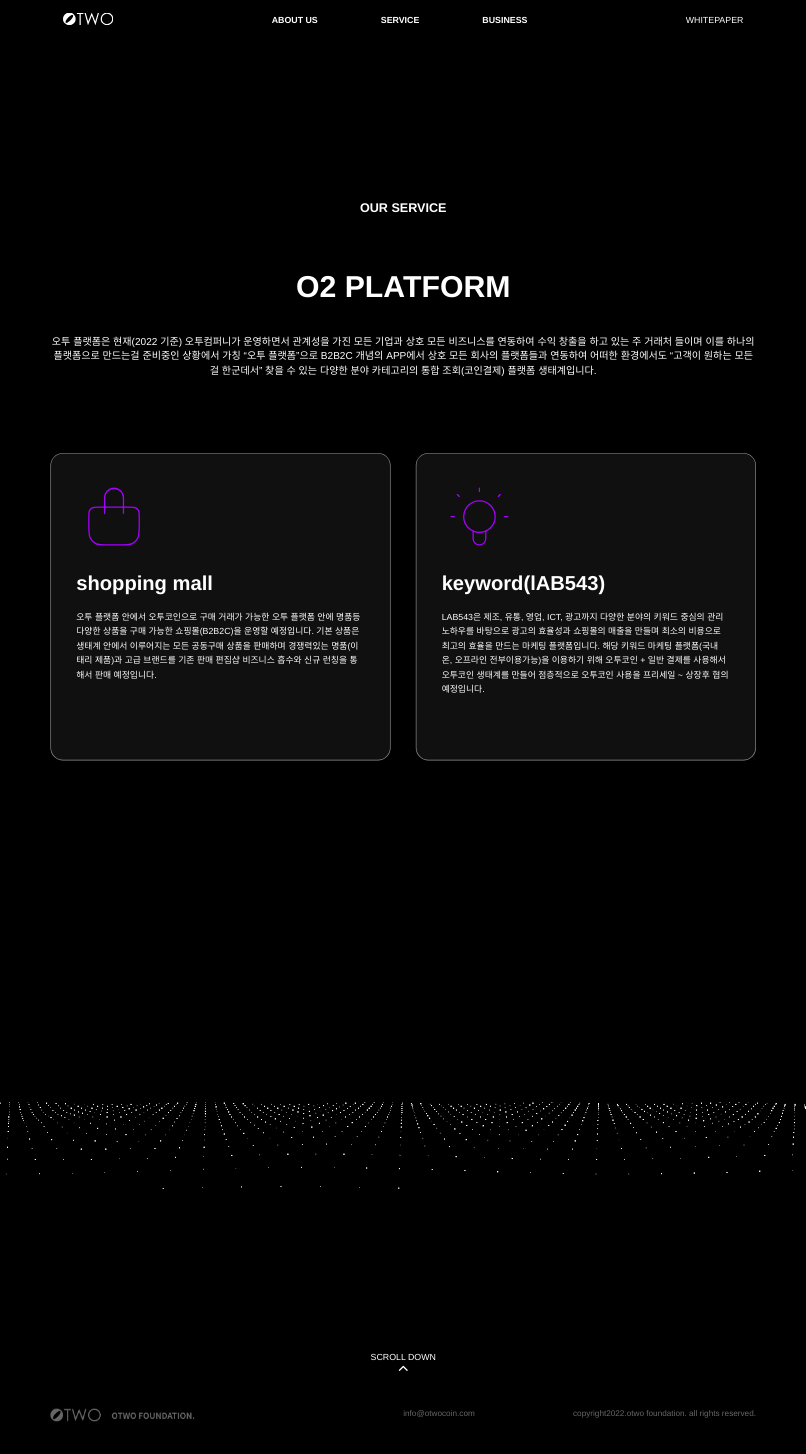
Repository: songhun115/Otwo
Page: service.html
The author's editor kept a copy of each file at every save. The page is drawn from the files as they stood at one save, then again after the next save.
The browser window is 1280 px wide. The pictures show the whole page, at 63% of full size.

Above is the page before, as saved 2022-11-18 11:37:58.
Not found: js/three.js

### service.html
<!DOCTYPE html>
<html lang="en">

<head>
    <meta charset="UTF-8">
    <meta http-equiv="X-UA-Compatible" content="IE=edge">
    <meta name="viewport" content="width=device-width, initial-scale=1.0">
    <link rel="stylesheet" href="css/reset.css">
    <link rel="stylesheet" href="css/content.css">
    <link rel="preconnect" href="https://fonts.googleapis.com">
    <link rel="preconnect" href="https://fonts.gstatic.com" crossorigin>
    <link href="https://fonts.googleapis.com/css2?family=Noto+Sans+KR:wght@300;400;500;700;900&display=swap"
        rel="stylesheet">
    <link rel="stylesheet" href="https://cdn.jsdelivr.net/npm/swiper/swiper-bundle.min.css" />
    <script src="https://cdnjs.cloudflare.com/ajax/libs/jquery/3.6.1/jquery.min.js"
        integrity="sha512-aVKKRRi/Q/YV+4mjoKBsE4x3H+BkegoM/em46NNlCqNTmUYADjBbeNefNxYV7giUp0VxICtqdrbqU7iVaeZNXA=="
        crossorigin="anonymous" referrerpolicy="no-referrer"></script>
    <script src="js/index.js"></script>
    <script src="js/three.js"></script>
    <script src="js/three.min.js"></script>
    <title>about</title>
</head>

<body>
    <div class="contaeiner">
        <header class="header">
            <nav class="nav-bar">
                <div class="logo">
                    <img src="img/logo-white.svg" alt="">
                </div>
                <ul class="nav-list">
                    <li class="nav-item">ABOUT US</li>
                    <li class="nav-item">SERVICE</li>
                    <li class="nav-item">BUSINESS</li>
                </ul>
                <div class="white-paper">
                    WHITEPAPER
                </div>
            </nav>
        </header>
        <section class="section overview">
            <h3>OUR SERVICE</h3>
            <h1>O2 PLATFORM</h1>
            <p>오투 플랫폼은 현재(2022 기준) 오투컴퍼니가 운영하면서 관계성을 가진 모든 기업과 상호 모든 비즈니스를 연동하여 수익 창출을 하고 있는
                주 거래처 들이며 이를 하나의 플랫폼으로 만드는걸 준비중인 상황에서 가칭 “오투 플랫폼”으로 B2B2C 개념의 APP에서 상호 모든 회사의 플랫폼들과 연동하여 어떠한 환경에서도 “고객이 원하는 모든걸 한군데서” 찾을 수 있는 다양한 분야 카테고리의 통합 조회(코인결제) 플랫폼 생태계입니다.</p>

        </section>
     <section class="service-platform-list">
        <ul class="platform-list">
            <li class="platform-item">
                <div class="platform-img">
                    <img src="img/shoping.svg" alt="">
                </div>
                <div class="platform-category">shopping mall</div>
                <div class="platform-con">오투 플랫폼 안에서 오투코인으로 구매 거래가 가능한 오투 플랫폼 안에 명품등 다양한 상품을 구매 가능한 쇼핑몰(B2B2C)을 운영할 예정입니다.
                    기본 상품은 생태계 안에서 이루어지는 모든 공동구매 상품을 판매하며 경쟁력있는 명품(이태리 제품)과 고급 브랜드를 기존 판매 편집샵 비즈니스 흡수와 신규 런칭을 통해서 판매 예정입니다. </div>
            </li>
            <li class="platform-item">
                <div class="platform-img">
                    <img src="img/keywrod.svg" alt="">
                </div>
                <div class="platform-category">keyword(lAB543)</div>
                <div class="platform-con">LAB543은 제조, 유통, 영업, ICT, 광고까지 다양한 분야의 키워드 중심의 관리 노하우를 바탕으로 광고의 효율성과 쇼핑몰의 매출을 만들며 최소의 비용으로 최고의 효율을 만드는 마케팅 플랫폼입니다.
                    해당 키워드 마케팅 플랫폼(국내 온, 오프라인 전부이용가능)을 이용하기 위해 오투코인 + 일반 결제를 사용해서 오투코인 생태계를 만들어 점층적으로 오투코인 사용을 프리세일 ~ 상장후 협의 예정입니다. </div>
            </li>
        </ul>
     </section>

    </div>


    <div class="contaeiner-two">


        </div>
        <div id="canvas">
            <div class="scroll-up ">
                <p>SCROLL DOWN</p>
                <img src="img/chevron-up.svg" alt="">
            </div>

        </div>
        <script>
            window.addEventListener("DOMContentLoaded", () => {
            const w = window.innerWidth;
            const h = window.innerHeight / 2;
            const dpr = window.devicePixelRatio;

            const fov = 60;
            const fovRad = (fov / 2) * (Math.PI / 180);
            const dist = h / 2 / Math.tan(fovRad);

            const clock = new THREE.Clock();
            const particles = 5000;
            const pointSize = 2.5;

            const renderer = new THREE.WebGLRenderer();
            renderer.setSize(w, h);
            renderer.setClearColor(new THREE.Color(0x000000), 1.0);
            renderer.setPixelRatio(dpr);

            const container = document.getElementById("canvas");
            container.appendChild(renderer.domElement);

            const camera = new THREE.PerspectiveCamera(fov, w / h, 1, dist * 2);
            camera.position.x = 0;
            camera.position.y = 0;
            camera.position.z = 10;

            const scene = new THREE.Scene();

            const geo = new THREE.BufferGeometry();
            let positions = [];
            let x, y, z;

            const width = 400 * (w / h);

            const depth = 400;
            const distance = 10;

            for (let x = 0; x < width; x += distance) {
              for (let z = 0; z < depth; z += distance) {
                positions.push(-width / 2 + x, -30, -depth / 2 + z);
              }
            }
            let positionAttribute = new THREE.Float32BufferAttribute(positions, 3);
            geo.addAttribute("position", positionAttribute);

            const mat = new THREE.ShaderMaterial({
              uniforms: {
                u_time: {
                  value: 0.0
                }
              },
              vertexShader: `
              #define M_PI 3.1415926535897932384626433832795

              precision mediump float;
              uniform float u_time;
              void main() {
                vec3 p = position;
                p.y += (
                  cos(p.x / M_PI * 8.0 + u_time * 2.0) +
                  sin(p.z / M_PI * 8.0 + u_time * 2.0)
                );
                gl_PointSize = 1.5;
                gl_Position = projectionMatrix * modelViewMatrix * vec4(p, 1.0);
              }
              `,
              fragmentShader: `
              precision mediump float;
              void main() {
                gl_FragColor = vec4(1.0, 1.0, 1.0, 1.0);
              }
              `
            });

            const mesh = new THREE.Points(geo, mat);
            scene.add(mesh);

            render();

            function render() {
              const time = clock.getElapsedTime();
              mesh.material.uniforms.u_time.value = time;
              renderer.render(scene, camera);
              requestAnimationFrame(render);
            }
          });
          </script>
          <footer class="footer">
            <div class="footer-left">
                <img src="img/footer-left.png" alt="">
            </div>
            <div class="footer-right">
                <p>info@otwocoin.com</p>
                <p>copyright2022.otwo foundation. all rights reserved.</p>
            </div>
        </footer>
</body>

</html>

### css/reset.css
html, body, div, span, applet, object, iframe,
h1, h2, h3, h4, h5, h6, p, blockquote, pre,
a, abbr, acronym, address, big, cite, code,
del, dfn, em, img, ins, kbd, q, s, samp,
small, strike, strong, sub, sup, tt, var,
b, u, i, center,
dl, dt, dd, ol, ul, li,
fieldset, form, label, legend,
table, caption, tbody, tfoot, thead, tr, th, td,
article, aside, canvas, details, embed,
figure, figcaption, footer, header, hgroup,
menu, nav, output, ruby, section, summary,
time, mark, audio, video {
	margin: 0;
	padding: 0;
	border: 0;
	font-size: 100%;
	font: inherit;
	vertical-align: baseline;

}
/* HTML5 display-role reset for older browsers */
article, aside, details, figcaption, figure,
footer, header, hgroup, menu, nav, section {
	display: block;
}
body {
	line-height: 1;
  overflow-x: hidden;
  overflow-y: scroll;
}
ol, ul {
	list-style: none;
}
blockquote, q {
	quotes: none;
}
blockquote:before, blockquote:after,
q:before, q:after {
	content: '';
	content: none;
}
table {
	border-collapse: collapse;
	border-spacing: 0;
}
a,span{display: inline-block;}
body{font-family: 'Noto Sans KR', sans-serif; color: #fff;}
section h1 {font-size: 48px; line-height: 70px; color:#fff; font-weight: 700;}
section p {line-height: 23px; font-weight: 400; font-size: 16px;}
h2{font-size: 32px; font-weight: 700; line-height: 46px;}


html,
body {
  position: relative;
  height: 100%;
}

body {
  background: #eee;
  font-family: Helvetica Neue, Helvetica, Arial, sans-serif;
  font-size: 14px;
  color: #000;
  margin: 0;
  padding: 0;
}

.swiper {
  width: 100%;
  height: 100%;
}

.swiper-slide {
  text-align: center;
  font-size: 18px;


  /* Center slide text vertically */
  display: -webkit-box;
  display: -ms-flexbox;
  display: -webkit-flex;
  display: flex;
  -webkit-box-pack: center;
  -ms-flex-pack: center;
  -webkit-justify-content: center;
  justify-content: center;
  -webkit-box-align: center;
  -ms-flex-align: center;
  -webkit-align-items: center;
  align-items: center;
}

.swiper-slide img {
  display: block;
  width: 100%;
  height: 100%;
  object-fit: cover;
}
.service-swiper{ overflow: inherit !important; max-width: 1120px !important;}

### css/content.css
.intro{height: 100vh;}
canvas{    position: absolute; left: 0; top: 0; z-index: -1;}
.contaeiner{max-width: 1120px; margin: 0 auto;}
.contaeiner-two{max-width: 1120px; margin: 0 auto;}
body{background-color: #000; color: #fff;}
/*! 헤더  */
.header{position: absolute; left: 50%; top: 0; transform: translateX(-50%); width: 100%; max-width: 1120px; margin: 0 auto;  z-index: 11;}
.nav-bar{display: flex; justify-content: space-between; align-items: center; padding: 20px;}
.nav-list{display: flex; align-items: center;}
.nav-item{padding:0 50px; font-weight: 700;font-size: 14px;line-height: 20px; cursor: pointer;}
/*!메인페이지   */
.intro{position: relative;}
.intro-box{display: flex; flex-direction: column; align-items: center; justify-content: center; text-align: center; width: 100%;height: 100%;}
.pur-button{border: 1px solid #A600FF;border-radius: 50px; display: flex;flex-direction: row;justify-content: center;align-items: center;gap: 10px; transition: 0.3s; width: 216px;height: 45px; cursor: pointer;}
.pur-button:hover{background-color: #A600FF; }
.pur-button:hover > button{color:#D9D9D9;}
.intro-box > p{padding: 40px 0 80px 0;}
.pur-button button{border: none;outline: none; color:#A600FF; background-color: transparent; font-weight: 700; font-size: 17px; line-height: 25px;}
.scroll-down{position: absolute; bottom: 50px; left: 50%; transform: translateX(-50%);}
.scroll-down > p {font-weight: 300; padding-bottom:7px; color: #fff; color: pu;}


/*! 메인 service */
.service{padding-top: 320px;}
.service-content{display: flex; justify-content: space-between; align-items: center;}
.service-left.service-right{width: 50%;}
.service-left > p,.business-box-left p{padding-top: 40px; font-size: 16px;}
.service-category-box{display: flex; flex-direction: column; justify-content: start; align-items: flex-start; text-align: left; padding-right: 40px; box-sizing: border-box;}
.service-category-box > h4 {font-size: 20px; line-height: 29px; font-weight: 400; margin:40px 0 20px 0;}
.service-category-box > p {font-size: 16px;}

.service-swiper{padding:120px 0 100px 0!important; box-sizing: border-box !important;}
.swiper-button-prev,
.swiper-button-next{top: 90% !important;  }
.swiper-button-prev{left:0 !important;}
.swiper-button-next{left: 64px !important;}
.swiper-button-next:after, .swiper-button-prev:after{content: "" !important;font-family: none !important;width: 20px !important;height: 20px !important;}
.swiper-button-next:after{background-image: url("../img/chevron-right.svg") !important;}
.swiper-button-prev:after{background-image: url("../img/chevron-left.svg") !important;}


  /*!메인 Business */
  .business{padding-top: 370px;}
  .business-box{display: flex; justify-content: space-between; align-items: center;}
  .business-box-left .pur-button{margin-top: 80px;}
  .business-box-left{width: 58%;}
  business-box-right{width: 42%;}
  .scroll-up{position: absolute;bottom: 0;left: 50%;transform: translateX(-50%);text-align: center;}
  #canvas{position: relative; height: 100%; max-height: 659px;}
  /* #canvas canvas{ height: 1000px !important;} */
  /* #canvas canvas{height: 1000px;} */
  /*! 푸터   */
  .footer{max-width: 1120px; margin: 0 auto; display: flex; justify-content: space-between; padding: 50px 0;}
  footer-left,
  .footer-right{width: 50%;}
  .footer-right{display: flex; justify-content: space-between; opacity: 0.4; font-size: 13px; line-height: 13px;}



  /*! 어바웃 */
  .canvas-one-wrap{position: relative; max-height: 659px; height: 100%;}
  .canvas-one{ top: 50%;left: 50%; transform: translate(-50%, -50%); margin-top: 100px; background-image: url(../img/logo-purple.png);background-repeat: no-repeat;background-position: center}
  .contaeiner-two{padding-top: 320px;}
  .overview{padding-top: 320px; text-align: center; }
  .overview > h3{font-weight: 700; font-size: 20px;}
  .our-values{text-align: center;}
  .our-values > h1{margin:80px 0 40px 0;}
  .overview > h1{margin:80px 0 40px 0}
  .our-values-list{display: flex; justify-content: space-between; padding-top: 120px;}
  .our-values-item{text-align: left;}
  .our-values-category {margin:20px 0 32px 0; font-size: 24px; font-weight: 600;}

  .advisor{padding-top: 480px;}
  .advisor > h2{margin: 80px 0 120px 0;}
  .member-info {padding:40px 40px 60px 40px; box-sizing: border-box;}
  .advisor-member-list{    display: grid;grid-template-columns: repeat(3,1fr);gap: 40px}
  .advisor-member-item{background: #252525; border-radius: 20px; }
  .member-name{font-size: 20px; font-weight: 700;}
  .member-info > div{display: flex; align-items: center; justify-content: space-between; margin-top: 5px;}
  .member-photo img{ width: 100%;}
  .more-button{    max-width: 216px;margin: 120px auto;}
  .advisor-member-item-more{display: none;}
  .advisor-member-item-more.show{display: block;}

  /*!서비스  */
  .service-platform-list{padding-top: 120px;}
  .platform-list{ display: grid;grid-template-columns: repeat(2,1fr);gap: 40px}
  .platform-item{ background: #101010; border: 0.5px solid rgba(235, 235, 235, 0.6); border-radius: 20px; padding:40px 40px 100px 40px}
  .platform-con{line-height: 23px;}
  .platform-category{font-size: 32px; font-weight: 700; margin:27px 0;}

### js/index.js
$(document).ready(function () {
    $('.more-button').click(function () {
        $('.advisor-member-item-more').addClass('show');
    });
});

### img/shoping.svg
<svg width="120" height="120" viewBox="0 0 120 120" fill="none" xmlns="http://www.w3.org/2000/svg">
<path d="M45 55V30C45 21.7157 51.7157 15 60 15C68.2843 15 75 21.7157 75 30V54.8363M52 105H68C79.2011 105 84.8016 105 89.0798 102.82C92.8431 100.903 95.9027 97.8431 97.8201 94.0798C100 89.8016 100 84.2011 100 73V61C100 55.3995 100 52.5992 98.9101 50.4601C97.9513 48.5785 96.4215 47.0487 94.5399 46.0899C92.4008 45 89.6005 45 84 45H36C30.3995 45 27.5992 45 25.4601 46.0899C23.5785 47.0487 22.0487 48.5785 21.0899 50.4601C20 52.5992 20 55.3995 20 61V73C20 84.201 20 89.8016 22.1799 94.0798C24.0973 97.8431 27.1569 100.903 30.9202 102.82C35.1984 105 40.7989 105 52 105Z" stroke="#A600FF" stroke-width="2" stroke-linecap="round" stroke-linejoin="round"/>
</svg>

Loaded but not shown: js/three.min.js (library)

After the next save:
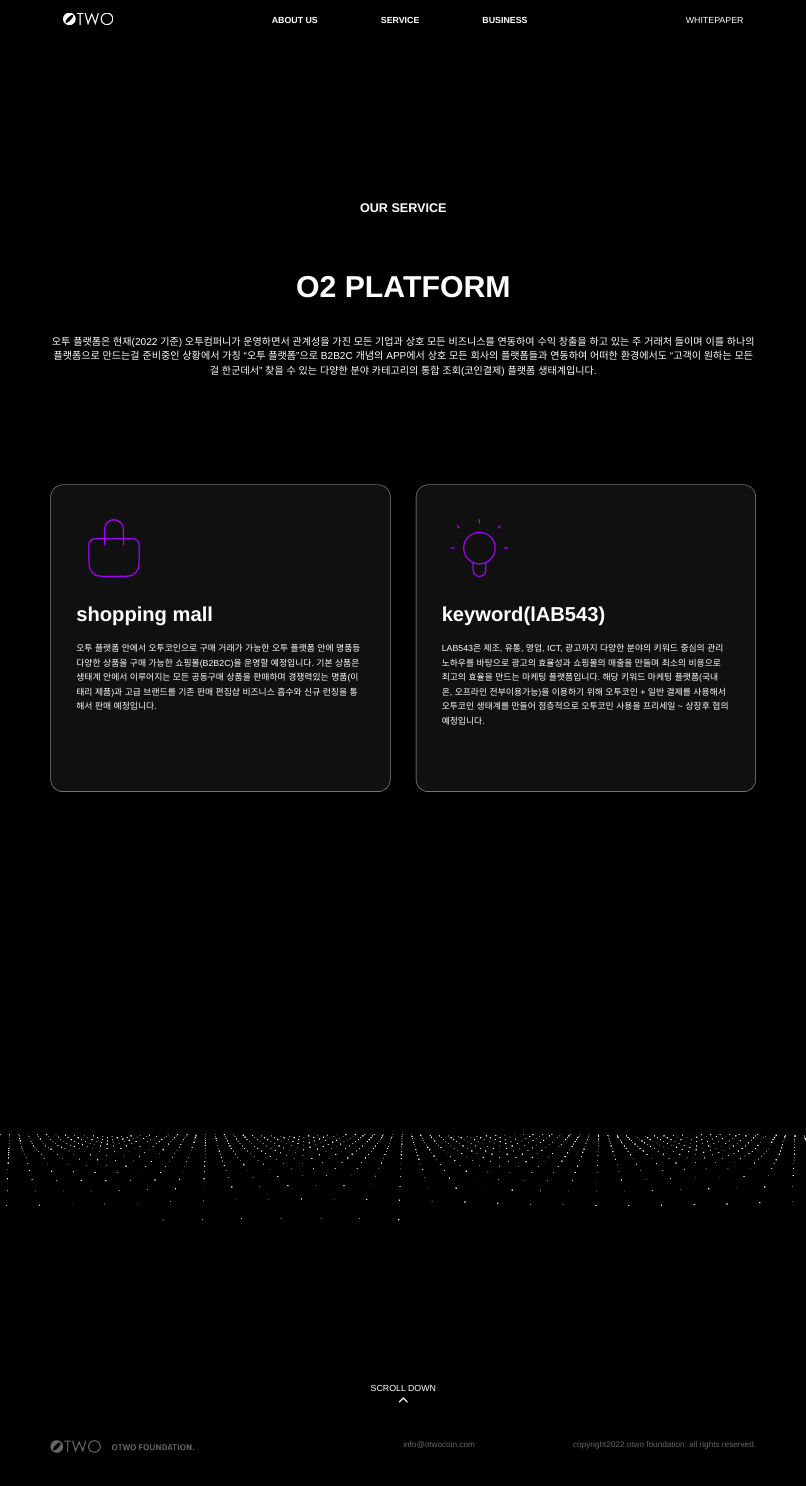
Saved 7 s later.
--- a/css/content.css
+++ b/css/content.css
@@ -83,7 +83,7 @@
   .advisor-member-item-more.show{display: block;}
 
   /*!서비스  */
-  .service-platform-list{padding-top: 120px;}
+  .service-platform-list{padding-top: 170px;}
   .platform-list{ display: grid;grid-template-columns: repeat(2,1fr);gap: 40px}
   .platform-item{ background: #101010; border: 0.5px solid rgba(235, 235, 235, 0.6); border-radius: 20px; padding:40px 40px 100px 40px}
   .platform-con{line-height: 23px;}
